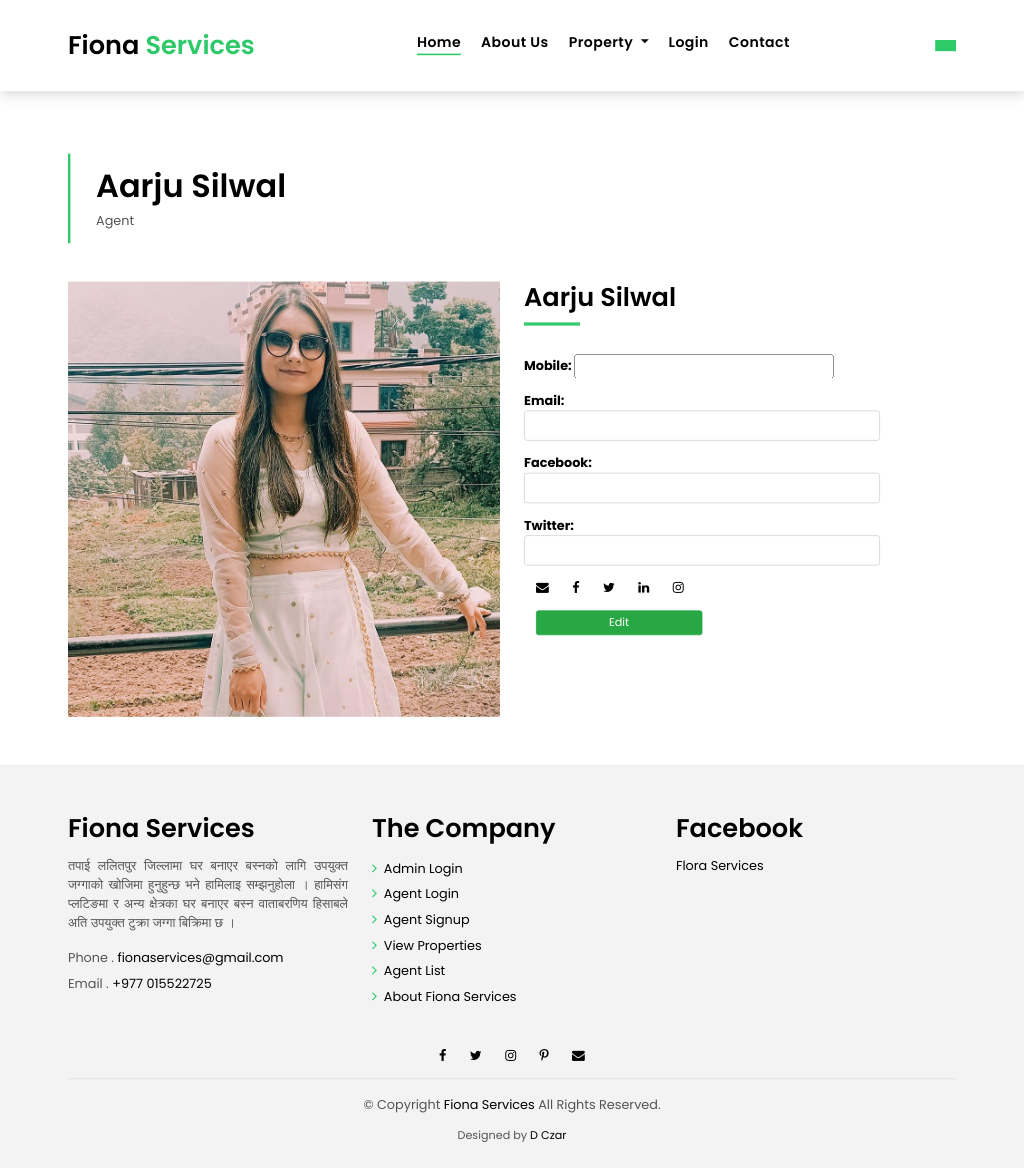
Repository: Sjuicyy/realstate
Page: profile.html
An editor plug-in stored every save of this project. The page is shown before and after the next save, followed by the edit.
The browser window is 1280 px wide. The pictures show the whole page, at 80% of full size.

Above is the page before, as saved 2022-10-16 14:57:08.

### profile.html
<!DOCTYPE html>
<html lang="en">

<head>
    <meta charset="utf-8">
    <title>Fiona Services</title>
    <meta content="width=device-width, initial-scale=1.0" name="viewport">
    <meta content="" name="keywords">
    <meta content="" name="description">

    <!-- Favicons -->
    <link href="img/favicon.png" rel="icon">
    <link href="img/apple-touch-icon.png" rel="apple-touch-icon">

    <!-- Google Fonts -->
    <link href="https://fonts.googleapis.com/css?family=Poppins:300,400,500,600,700" rel="stylesheet">

    <!-- Bootstrap CSS File -->
    <link href="lib/bootstrap/css/bootstrap.min.css" rel="stylesheet">

    <!-- Libraries CSS Files -->
    <link href="lib/font-awesome/css/font-awesome.min.css" rel="stylesheet">
    <link href="lib/animate/animate.min.css" rel="stylesheet">
    <link href="lib/ionicons/css/ionicons.min.css" rel="stylesheet">
    <link href="lib/owlcarousel/assets/owl.carousel.min.css" rel="stylesheet">

    <!-- Main Stylesheet File -->
    <link href="css/style.css" rel="stylesheet">

    <!-- =======================================================
    Theme Name: EstateAgency
    Theme URL: https://bootstrapmade.com/real-estate-agency-bootstrap-template/
    Author: BootstrapMade.com
    License: https://bootstrapmade.com/license/
  ======================================================= -->
</head>
<div id="fb-root"></div>
<script async defer crossorigin="anonymous" src="https://connect.facebook.net/en_US/sdk.js#xfbml=1&version=v14.0"
    nonce="0jwGYLXn"></script>

<body>
    <!-- / Form Search End /-->

    <!--/ Nav Star /-->
    <nav class="navbar navbar-default navbar-trans navbar-expand-lg fixed-top">
        <div class="container">
            <button class="navbar-toggler collapsed" type="button" data-toggle="collapse" data-target="#navbarDefault"
                aria-controls="navbarDefault" aria-expanded="false" aria-label="Toggle navigation">
            </button>
            <a class="navbar-brand text-brand" href="/index.php">Fiona<span class="color-b"> Services</span></a>
            <button type="button" class="btn btn-link nav-search navbar-toggle-box-collapse d-md-none"
                data-toggle="collapse" data-target="#navbarTogglerDemo01" aria-expanded="false" title="Agent Space">

            </button>
            <div class="navbar-collapse collapse justify-content-center" id="navbarDefault">
                <ul class="navbar-nav">
                    <li class="nav-item">
                        <a class="nav-link active" href="index.php">Home</a>
                    </li>
                    <li class="nav-item">
                        <a class="nav-link" href="about.php">About Us</a>
                    </li>
                    <li class="nav-item dropdown">
                        <a class="nav-link dropdown-toggle" href="#" id="navbarDropdown" role="button"
                            data-toggle="dropdown" aria-haspopup="true" aria-expanded="false">
                            Property
                        </a>
                        <div class="dropdown-menu" aria-labelledby="navbarDropdown">
                            <a class="dropdown-item" href="property-single.php">Property Single</a>
                            <a class="dropdown-item" href="property-grid.php">Property List</a>
                        </div>
                    </li>
                    <li class="nav-item">
                        <a class="nav-link" href="Login.php">Login</a>
                    </li>
                    <li class="nav-item">
                        <a class="nav-link" href="contact.php">Contact</a>
                    </li>
                </ul>
            </div>
            <button type="button" class="btn btn-b-n navbar-toggle-box-collapse d-none d-md-block"
                data-toggle="collapse" data-target="#navbarTogglerDemo01" aria-expanded="false" title="Agent Space">
            </button>
        </div>
    </nav>
    <!--/ Nav End /-->
    <!-- ======= Intro Single ======= -->
    <section class="intro-single">
        <div class="container">
            <div class="row">
                <div class="col-md-12 col-lg-8">
                    <div class="title-single-box">
                        <h1 class="title-single">Aarju Silwal</h1>
                        <span class="color-text-a">Agent </span>
                    </div>
                </div>

            </div>
        </div>
    </section><!-- End Intro Single -->

    <!-- ======= Agent Single ======= -->
    <!-- <section class="agent-single">
        <div class="container">
            <div class="row">
                <div class="col-sm-12">
                    <div class="row">
                        <div class="col-md-6">
                            <div class="agent-avatar-box">
                                <img src="./img/aarju miss.jpg" alt="" class="agent-avatar img-fluid">
                            </div>
                        </div>
                        <div class="col-md-5 section-md-t3">
                            <div class="agent-info-box">
                                <div class="agent-title">
                                    <div class="title-box-d">
                                        <h3 class="title-d">Aarju Silwal
                                        </h3>
                                    </div>
                                </div>
                                <div class="agent-content mb-3">
                                    <p class="content-d color-text-a">
                                        Lorem ipsum dolor sit amet consectetur adipisicing elit. Labore error
                                        nulla quaerat aliquid, laboriosam aliquam ducimus veritatis eveniet quos
                                        ab modi provident, sed dolor voluptatem tempore est odio impedit eaque!
                                    </p>
                                    <div class="info-agents color-a">
                                        <strong>Mobile: </strong>
                                        <span class="color-text-a"> +977-9867867202 </span>
                                        </p>
                                        <p>
                                            <strong>Email: </strong>
                                            <span class="color-text-a"> aarzusilwal@gmail.com</span>
                                        </p>
                                        <p>
                                            <strong>Facebook: </strong>
                                            <span class="color-text-a"> Margaret.Es</span>
                                        </p>
                                        <p>
                                            <strong>Twitter: </strong>
                                            <span class="color-text-a"> agents@example.com</span>
                                        </p>
                                    </div>
                                </div>
                                <div class="col-md-12">

                                    <div class="socials-a">
                                        <ul class="list-inline">
                                            <li class="list-inline-item">
                                                <a href="#">
                                                    <i class="fa fa-envelope" aria-hidden="true"></i>
                                                </a>
                                            </li>
                                            <li class="list-inline-item">
                                                <a href="#">
                                                    <i class="fa fa-facebook" aria-hidden="true"></i>
                                                </a>
                                            </li>
                                            <li class="list-inline-item">
                                                <a href="#">
                                                    <i class="fa fa-twitter" aria-hidden="true"></i>
                                                </a>
                                            </li>
                                            <li class="list-inline-item">
                                                <a href="#">
                                                    <i class="fa fa-linkedin" aria-hidden="true"></i>
                                                </a>
                                            </li>
                                            <li class="list-inline-item">
                                                <a href="#">
                                                    <i class="fa fa-instagram" aria-hidden="true"></i>
                                                </a>
                                            </li>
                                        </ul>
                                    </div>
                                </div>
                                <div class="col-md-12">
                                    <a href="./Add-Property.html">
                                        <div class="btn btn-sm btn-success w-50">Edit</div>
                                    </a>
                                </div>
                            </div>
                        </div>
                    </div>
                </div>

            </div>

        </div>

    </section> -->

    <!---  ===== End Agent Single ======== -->




    <!-- =======Editable Agent Section start ======== -->
    <section class="agent-single">
        <div class="container">
            <div class="row">
                <div class="col-sm-12">
                    <div class="row">
                        <div class="col-md-6">
                            <div class="agent-avatar-box">
                                <img src="./img/aarju miss.jpg" alt="" class="agent-avatar img-fluid">
                            </div>
                        </div>
                        <div class="col-md-5 section-md-t3">
                            <div class="agent-info-box">
                                <div class="agent-title">
                                    <div class="title-box-d">
                                        <h3 class="title-d">Aarju Silwal
                                        </h3>
                                    </div>
                                </div>
                                <div class="agent-content mb-3">

                                    <div class="info-agents color-a">
                                        <p>
                                        <strong>Mobile: </strong>
                                            <input class=" form form-contro"  type="text">
                                        </p>
                                        <p>
                                            <strong>Email: </strong>
                                            <input class=" form form-control"  type="text">
                                        </p>
                                        <p>
                                            <strong>Facebook: </strong>
                                            <input class=" form form-control" type="text">                                        </p>
                                        <p>
                                            <strong>Twitter: </strong>
                                            <input class=" form form-control" type="text">                                        </p>
                                    </div>
                                </div>
                                <div class="col-md-12">

                                    <div class="socials-a">
                                        <ul class="list-inline">
                                            <li class="list-inline-item">
                                                <a href="#">
                                                    <i class="fa fa-envelope" aria-hidden="true"></i>
                                                </a>
                                            </li>
                                            <li class="list-inline-item">
                                                <a href="#">
                                                    <i class="fa fa-facebook" aria-hidden="true"></i>
                                                </a>
                                            </li>
                                            <li class="list-inline-item">
                                                <a href="#">
                                                    <i class="fa fa-twitter" aria-hidden="true"></i>
                                                </a>
                                            </li>
                                            <li class="list-inline-item">
                                                <a href="#">
                                                    <i class="fa fa-linkedin" aria-hidden="true"></i>
                                                </a>
                                            </li>
                                            <li class="list-inline-item">
                                                <a href="#">
                                                    <i class="fa fa-instagram" aria-hidden="true"></i>
                                                </a>
                                            </li>
                                        </ul>
                                    </div>
                                </div>
                                <div class="col-md-12">
                                    <a href="./Add-Property.html">
                                        <div class="btn btn-sm btn-success w-50">Edit</div>
                                    </a>
                                </div>
                            </div>
                        </div>
                    </div>
                </div>

            </div>

        </div>

    </section>
    <!-- =======Editable Agent Section end ======== -->

    <!--/ footer 1 Star /-->
    <section class="section-footer">
        <div class="container">
            <div class="row">
                <div class="col-sm-12 col-md-4">
                    <div class="widget-a">
                        <div class="w-header-a">
                            <h3 class="w-title-a text-brand">Fiona Services</h3>
                        </div>
                        <div class="w-body-a">
                            <p class="w-text-a color-text-a" align="justify">
                                तपाई ललितपुर जिल्लामा घर बनाएर बस्नको लागि उपयुक्त जग्गाको खोजिमा
                                हुनुहुन्छ भने
                                हामिलाइ सम्झनुहोला ।
                                हामिसंग प्लटिङमा र अन्य क्षेत्रका घर बनाएर बस्न वाताबरणिय हिसाबले अति
                                उपयुक्त
                                टुक्रा जग्गा बिक्रिमा छ
                                ।
                            </p>
                        </div>
                        <div class="w-footer-a">
                            <ul class="list-unstyled">
                                <li class="color-a">
                                    <span class="color-text-a">Phone .</span> fionaservices@gmail.com
                                </li>
                                <li class="color-a">
                                    <span class="color-text-a">Email .</span> +977 015522725
                                </li>
                            </ul>
                        </div>
                    </div>
                </div>
                <div class="col-sm-12 col-md-4 section-md-t3">
                    <div class="widget-a">
                        <div class="w-header-a">
                            <h3 class="w-title-a text-brand">The Company</h3>
                        </div>
                        <div class="w-body-a">
                            <div class="w-body-a">
                                <ul class="list-unstyled">
                                    <li class="item-list-a">
                                        <i class="fa fa-angle-right"></i> <a href="#">Admin Login</a>
                                    </li>
                                    <li class="item-list-a">
                                        <i class="fa fa-angle-right"></i> <a href="#">Agent Login</a>
                                    </li>
                                    <li class="item-list-a">
                                        <i class="fa fa-angle-right"></i> <a href="#">Agent Signup</a>
                                    </li>
                                    <li class="item-list-a">
                                        <i class="fa fa-angle-right"></i> <a href="#">View
                                            Properties</a>
                                    </li>
                                    <li class="item-list-a">
                                        <i class="fa fa-angle-right"></i> <a href="#">Agent List</a>
                                    </li>
                                    <li class="item-list-a">
                                        <i class="fa fa-angle-right"></i> <a href="#">About Fiona
                                            Services</a>
                                    </li>
                                </ul>
                            </div>
                        </div>
                    </div>
                </div>
                <div class="col-sm-12 col-md-4 section-md-t3">
                    <div class="widget-a">
                        <div class="w-header-a">
                            <h3 class="w-title-a text-brand">Facebook</h3>
                        </div>
                        <div class="w-body-a">
                            <div class="fb-page" data-href="https://www.facebook.com/floraservices2070"
                                data-tabs="timeline" data-width="" data-height="110" data-small-header="false"
                                data-adapt-container-width="true" data-hide-cover="false" data-show-facepile="false">
                                <blockquote cite="https://www.facebook.com/floraservices2070"
                                    class="fb-xfbml-parse-ignore"><a
                                        href="https://www.facebook.com/floraservices2070">Flora
                                        Services</a>
                                </blockquote>
                            </div>
                        </div>
                    </div>
                </div>
            </div>
        </div>
    </section>

    <!--/ Footer 2 End /-->


    <!-- footer 2 start -->

    <footer>
        <div class="container">
            <div class="row">
                <div class="col-md-12">

                    <div class="socials-a">
                        <ul class="list-inline">
                            <li class="list-inline-item">
                                <a href="#">
                                    <i class="fa fa-facebook" aria-hidden="true"></i>
                                </a>
                            </li>
                            <li class="list-inline-item">
                                <a href="#">
                                    <i class="fa fa-twitter" aria-hidden="true"></i>
                                </a>
                            </li>
                            <li class="list-inline-item">
                                <a href="#">
                                    <i class="fa fa-instagram" aria-hidden="true"></i>
                                </a>
                            </li>
                            <li class="list-inline-item">
                                <a href="#">
                                    <i class="fa fa-pinterest-p" aria-hidden="true"></i>
                                </a>
                            </li>
                            <li class="list-inline-item">
                                <a href="#">
                                    <i class="fa fa-envelope" aria-hidden="true"></i>
                                </a>
                            </li>
                        </ul>
                    </div>
                    <div class="copyright-footer">
                        <p class="copyright color-text-a">
                            &copy; Copyright
                            <span class="color-a">Fiona Services</span> All Rights Reserved.
                        </p>
                    </div>
                    <div class="credits">

                        Designed by <a href="https://pritambajagain.com.np/">D Czar</a>
                    </div>
                </div>
            </div>
        </div>
    </footer>
    <!--/ Footer 2 End /-->

    <a href="#" class="back-to-top"><i class="fa fa-chevron-up"></i></a>
    <div id="preloader"></div>

    <!-- JavaScript Libraries -->
    <script>
        function readURL(input) {
            if (input.files && input.files[0]) {
                var reader = new FileReader();

                reader.onload = function (e) {
                    $('#blah')
                        .attr('src', e.target.result);
                };

                reader.readAsDataURL(input.files[0]);
            }
        }
    </script>
    <script src="lib/jquery/jquery.min.js"></script>
    <script src="lib/jquery/jquery-migrate.min.js"></script>
    <script src="lib/popper/popper.min.js"></script>
    <script src="lib/bootstrap/js/bootstrap.min.js"></script>
    <script src="lib/easing/easing.min.js"></script>
    <script src="lib/owlcarousel/owl.carousel.min.js"></script>
    <script src="lib/scrollreveal/scrollreveal.min.js"></script>
    <!-- Contact Form JavaScript File -->
    <script src="contactform/contactform.js"></script>

    <!-- Template Main Javascript File -->
    <script src="js/main.js"></script>

</body>

</html>

Loaded but not shown: lib/bootstrap/css/bootstrap.min.css (library); lib/font-awesome/css/font-awesome.min.css (library); lib/animate/animate.min.css (library); lib/ionicons/css/ionicons.min.css (library); lib/owlcarousel/assets/owl.carousel.min.css (library); lib/jquery/jquery.min.js (library); lib/jquery/jquery-migrate.min.js (library); lib/popper/popper.min.js (library); lib/bootstrap/js/bootstrap.min.js (library); lib/easing/easing.min.js (common file); lib/owlcarousel/owl.carousel.min.js (library); lib/scrollreveal/scrollreveal.min.js (library); js/main.js (150 lines, source omitted); contactform/contactform.js (118 lines, source omitted); css/style.css (2025 lines, source omitted)

After the next save:
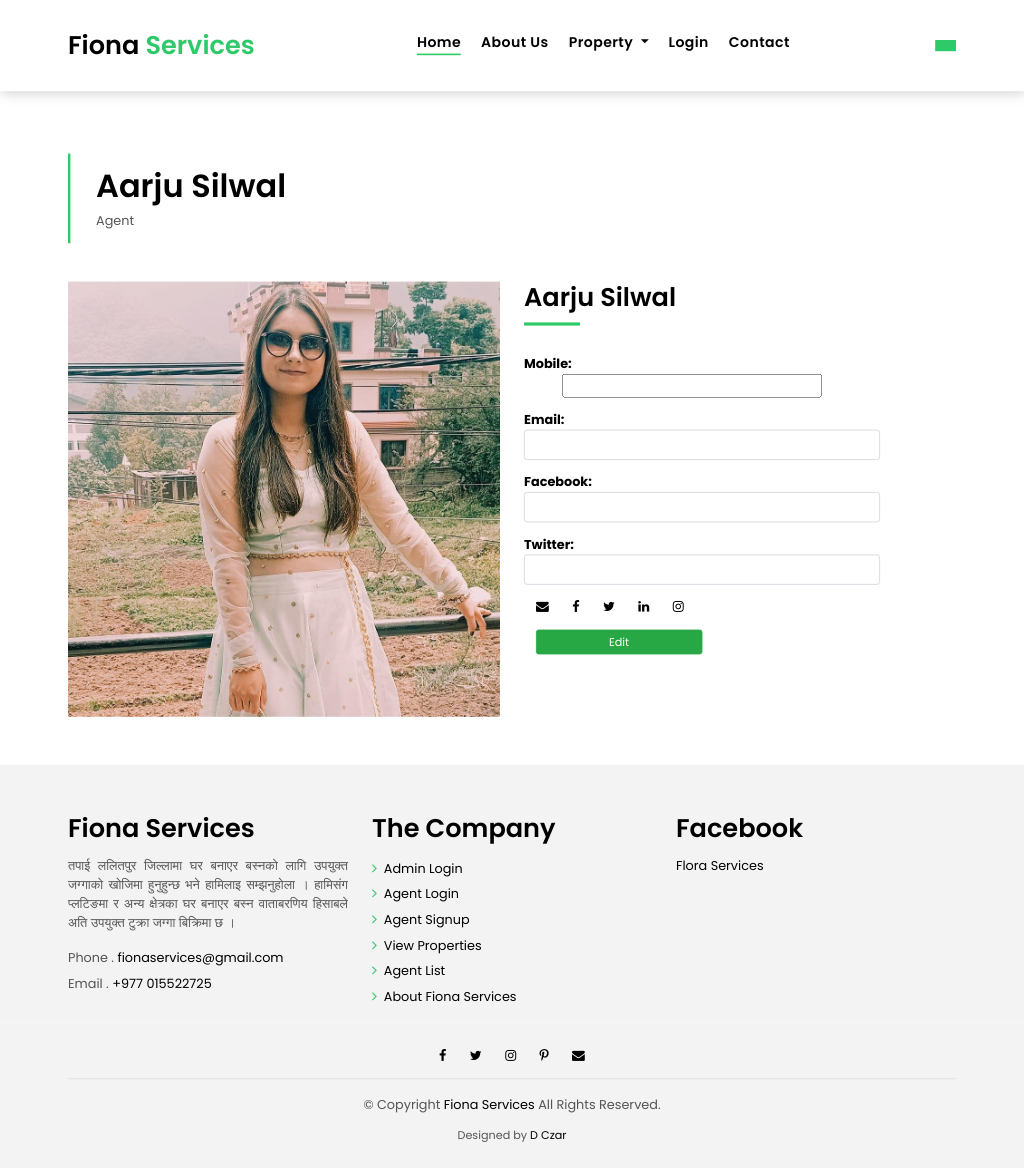
Saved 4 s later.
--- a/profile.html
+++ b/profile.html
@@ -219,7 +219,7 @@
                                     <div class="info-agents color-a">
                                         <p>
                                         <strong>Mobile: </strong>
-                                            <input class=" form form-contro"  type="text">
+                                            <input class=" form form-contro mx-5"  type="text">
                                         </p>
                                         <p>
                                             <strong>Email: </strong>
